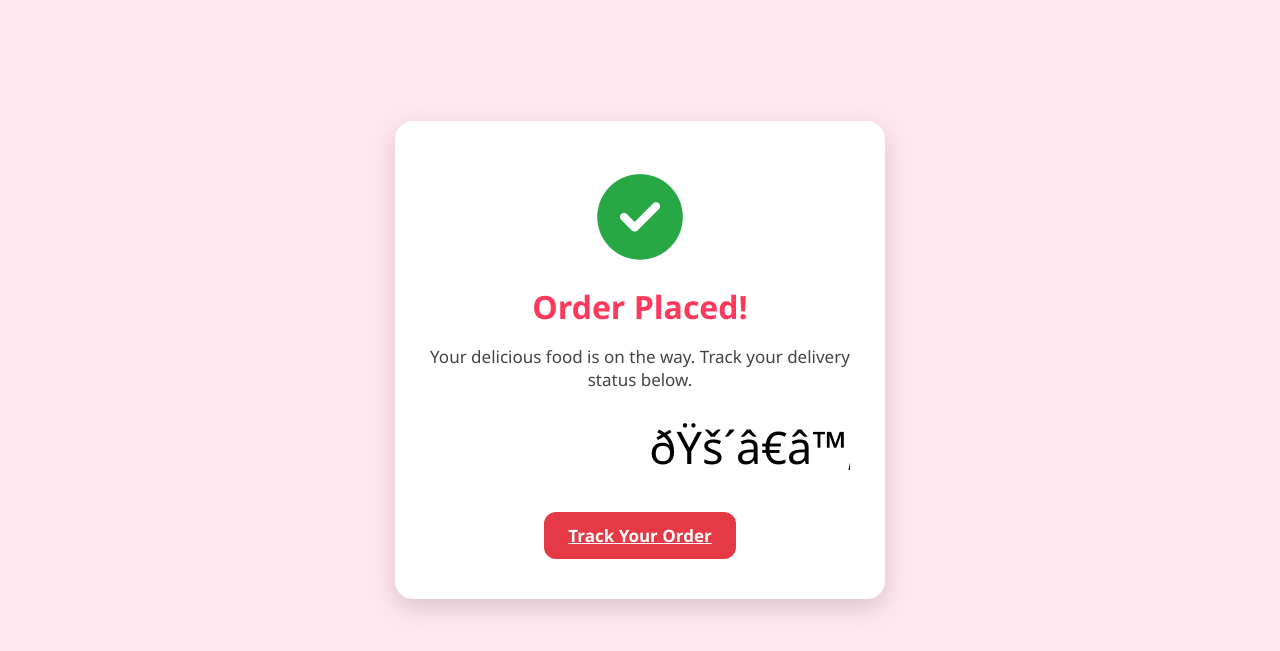
Repository: srinithiashoka/FoodDeliveryApp
Page: http://localhost/FoodDeliveryApp/success.jsp
An editor plug-in stored every save of this project. The page is shown before and after the next save, followed by the edit.
The browser window is 1280 px wide. The pictures show the whole page.
The page is served by Tomcat 10. Other server files are loaded and not shown.

Above is the page before, as saved 2025-12-03 13:48:55.

### FoodDeliveryApp/src/main/webapp/success.jsp
<!DOCTYPE html>
<html>
<head>
<meta charset="UTF-8">
<title>Order Success - FoodHub</title>
<link rel="stylesheet" href="https://cdnjs.cloudflare.com/ajax/libs/font-awesome/6.5.0/css/all.min.css">

<style>
body {
    margin: 0;
    padding: 0;
    background: #ffe6ef;
    font-family: 'Segoe UI', sans-serif;
    display: flex;
    justify-content: center;
    align-items: center;
    height: 100vh;
}

/* Main Box */
.success-box {
    text-align: center;
    background: #fff;
    padding: 40px 35px;
    border-radius: 18px;
    width: 420px;
    box-shadow: 0 8px 25px rgba(0,0,0,0.15);
    animation: pop 0.6s ease-in-out;
}

/* Success Animation */
.success-icon {
    font-size: 80px;
    color: #28a745;
    animation: bounce 1.2s infinite;
}

/* Delivery Boy Animation */
.delivery-animation {
    margin-top: 25px;
    width: 100%;
    overflow: hidden;
}
.delivery-boy {
    font-size: 45px;
    animation: move 3s linear infinite;
}

/* Headings & Text */
.success-box h2 {
    margin: 15px 0 8px;
    font-size: 32px;
    color: #ff385c;
}
.success-box p {
    font-size: 17px;
    color: #444;
}

/* Track Order Button */
.track-btn {
    margin-top: 20px;
    background: #e63946;
    padding: 12px 24px;
    border-radius: 12px;
    color: #fff;
    font-size: 17px;
    display: inline-block;
    font-weight: bold;
    transition: 0.3s;
}
.track-btn:hover {
    background: #c92b3a;
}

/* Animations */
@keyframes pop {
    from { transform: scale(0.7); opacity: 0; }
    to { transform: scale(1); opacity: 1; }
}

@keyframes bounce {
    0% { transform: scale(1); }
    50% { transform: scale(1.12); }
    100% { transform: scale(1); }
}

@keyframes move {
    0% { transform: translateX(-120%); }
    100% { transform: translateX(120%); }
}
</style>
</head>

<body>

<div class="success-box">

    <!-- Success Icon -->
    <div class="success-icon">
        <i class="fa-solid fa-circle-check"></i>
    </div>

    <h2>Order Placed!</h2>
    <p>Your delicious food is on the way. Track your delivery status below.</p>

    <!-- Delivery Boy Animation -->
    <div class="delivery-animation">
        <div class="delivery-boy">
            🚴‍♂️💨
        </div>
    </div>

    <a href="trackOrder.jsp" class="track-btn">Track Your Order</a>
</div>

</body>
</html>

After the next save:
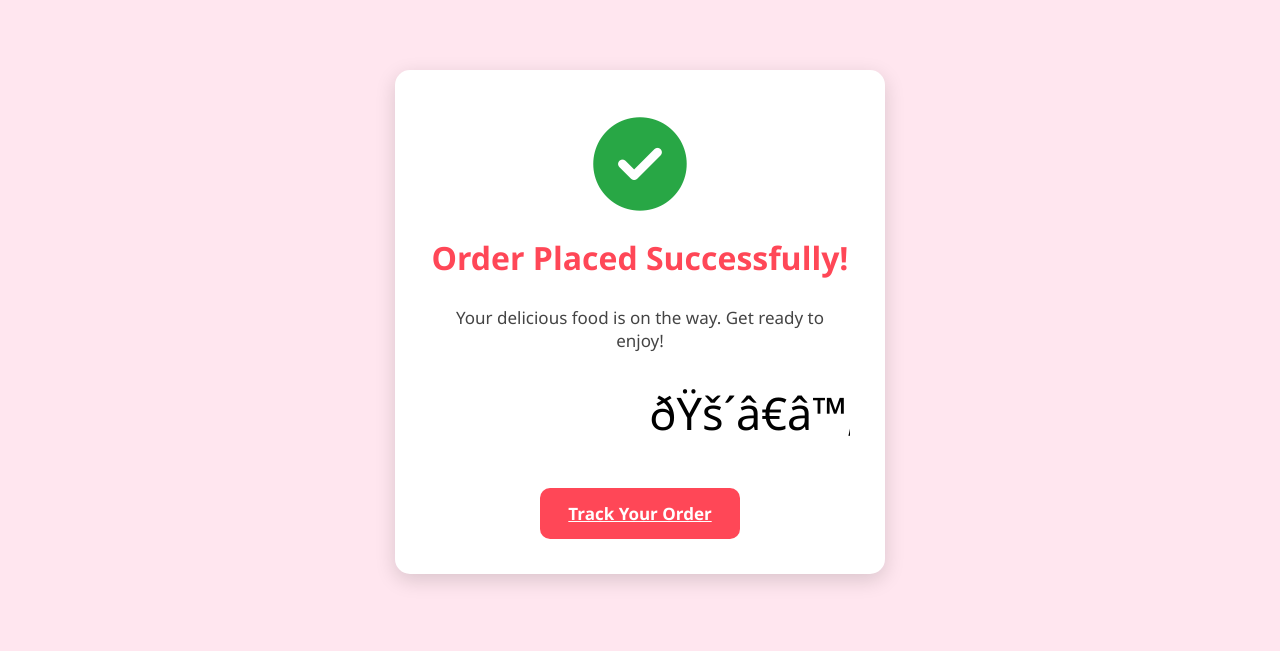
Saved 91 s later.
--- a/FoodDeliveryApp/src/main/webapp/success.jsp
+++ b/FoodDeliveryApp/src/main/webapp/success.jsp
@@ -6,109 +6,110 @@
 <link rel="stylesheet" href="https://cdnjs.cloudflare.com/ajax/libs/font-awesome/6.5.0/css/all.min.css">
 
 <style>
+
+/* Use your theme */
 body {
-    margin: 0;
-    padding: 0;
-    background: #ffe6ef;
-    font-family: 'Segoe UI', sans-serif;
-    display: flex;
-    justify-content: center;
-    align-items: center;
-    height: 100vh;
+    background:#ffe6ef;
+    margin:0;
+    font-family:"Segoe UI", Tahoma, Geneva, Verdana, sans-serif;
 }
 
-/* Main Box */
-.success-box {
+/* Center container */
+.success-container {
+    width: 420px;
+    margin: 70px auto;
+    background: white;
+    padding: 35px;
+    border-radius: 15px;
     text-align: center;
-    background: #fff;
-    padding: 40px 35px;
-    border-radius: 18px;
-    width: 420px;
-    box-shadow: 0 8px 25px rgba(0,0,0,0.15);
-    animation: pop 0.6s ease-in-out;
+    box-shadow: 0 6px 20px rgba(0,0,0,0.15);
+    animation: pop 0.6s ease;
 }
 
-/* Success Animation */
+/* Success tick */
 .success-icon {
-    font-size: 80px;
+    font-size: 85px;
     color: #28a745;
-    animation: bounce 1.2s infinite;
+    animation: tickBounce 1.4s infinite;
 }
 
-/* Delivery Boy Animation */
+/* Heading */
+.success-container h2 {
+    color:#ff4757;
+    font-size: 32px;
+    margin-top: 15px;
+    font-weight: bold;
+}
+
+/* Sub text */
+.success-container p {
+    color:#444;
+    font-size: 17px;
+    margin-top: 8px;
+}
+
+/* Delivery animation */
 .delivery-animation {
-    margin-top: 25px;
-    width: 100%;
-    overflow: hidden;
+    margin: 30px 0 10px;
+    overflow:hidden;
 }
 .delivery-boy {
     font-size: 45px;
-    animation: move 3s linear infinite;
+    animation: moveBoy 3s linear infinite;
 }
 
-/* Headings & Text */
-.success-box h2 {
-    margin: 15px 0 8px;
-    font-size: 32px;
-    color: #ff385c;
-}
-.success-box p {
-    font-size: 17px;
-    color: #444;
-}
-
-/* Track Order Button */
+/* Track order button = like your theme */
 .track-btn {
+    display: inline-block;
     margin-top: 20px;
-    background: #e63946;
-    padding: 12px 24px;
-    border-radius: 12px;
-    color: #fff;
-    font-size: 17px;
-    display: inline-block;
+    padding: 14px 28px;
+    background:#ff4757;
+    color:white;
+    font-size:17px;
+    border-radius:10px;
     font-weight: bold;
-    transition: 0.3s;
+    transition:0.3s;
 }
 .track-btn:hover {
-    background: #c92b3a;
+    background:#e03c4c;
+    transform:scale(1.05);
 }
 
 /* Animations */
 @keyframes pop {
-    from { transform: scale(0.7); opacity: 0; }
-    to { transform: scale(1); opacity: 1; }
+    from { transform: scale(0.7); opacity:0; }
+    to { transform: scale(1); opacity:1; }
 }
 
-@keyframes bounce {
-    0% { transform: scale(1); }
-    50% { transform: scale(1.12); }
-    100% { transform: scale(1); }
+@keyframes tickBounce {
+    0% {transform:scale(1);}
+    50% {transform:scale(1.12);}
+    100% {transform:scale(1);}
 }
 
-@keyframes move {
-    0% { transform: translateX(-120%); }
-    100% { transform: translateX(120%); }
+@keyframes moveBoy {
+    0% {transform:translateX(-120%);}
+    100% {transform:translateX(120%);}
 }
+
 </style>
 </head>
 
 <body>
 
-<div class="success-box">
+<div class="success-container">
 
-    <!-- Success Icon -->
+    <!-- Success tick -->
     <div class="success-icon">
         <i class="fa-solid fa-circle-check"></i>
     </div>
 
-    <h2>Order Placed!</h2>
-    <p>Your delicious food is on the way. Track your delivery status below.</p>
+    <h2>Order Placed Successfully!</h2>
+    <p>Your delicious food is on the way. Get ready to enjoy!</p>
 
-    <!-- Delivery Boy Animation -->
+    <!-- Delivery animation -->
     <div class="delivery-animation">
-        <div class="delivery-boy">
-            🚴‍♂️💨
-        </div>
+        <div class="delivery-boy">🚴‍♂️💨</div>
     </div>
 
     <a href="trackOrder.jsp" class="track-btn">Track Your Order</a>
